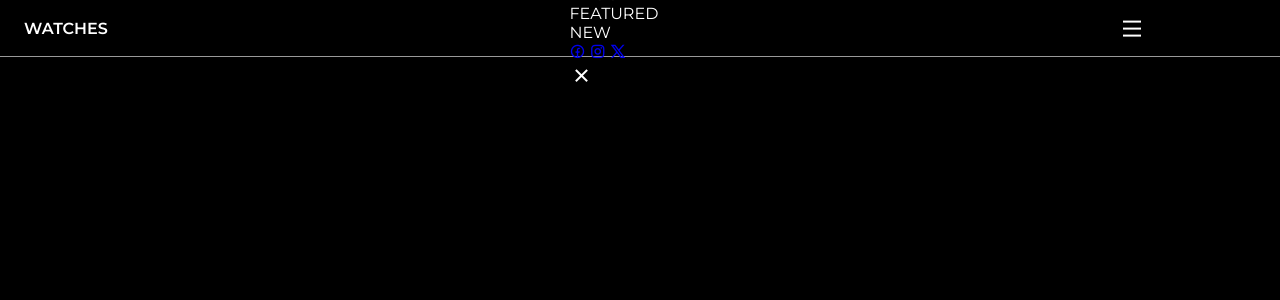
Repository: dinhhaidh/Responsive-wacthes-slider
Page: index.html
The author's editor kept a copy of each file at every save. The page is drawn from the files as they stood at one save, then again after the next save.
The browser window is 1280 px wide. The pictures show the whole page.

Above is the page before, as saved 2024-03-05 18:28:11.

### index.html
<!DOCTYPE html>
<html lang="en">
<head>
    <meta charset="UTF-8">
    <meta name="viewport" content="width=device-width, initial-scale=1.0">

    <!--=============== FAVICON ===============-->
    <link rel="shortcut icon" href="assets/img/favicon.png" type="image/x-icon">

    <!--=============== REMIXICONS ===============-->
    <link rel="stylesheet" href="https://cdnjs.cloudflare.com/ajax/libs/remixicon/3.5.0/remixicon.css">

    <!--=============== SWIPER CSS ===============-->
    <link rel="stylesheet" href="./css/swiper-bundle.min.css">

    <!--=============== CSS ===============-->
    <link rel="stylesheet" href="./css/style.css">

    <title>Responsive wacthes website</title>
</head>
<body>
    <!--==================== HEADER ====================-->
    <header class="header" id="header">
        <nav class="nav container">
            <a href="#" class="nav__logo">WATCHES</a>

            <div class="nav__menu" id="nav-menu">
                <ul class="nav__list">
                    <li class="nav__item">
                        <a href="#" class="nav__link">HOME</a>
                    </li>
                    <li class="nav__item">
                        <a href="#" class="nav__link"></a>ABOUT</a>
                    </li>
                    <li class="nav__item">
                        <a href="#" class="nav__link">FEATURED</a>
                    </li>
                    <li class="nav__item">
                        <a href="#" class="nav__link">NEW</a>
                    </li>
                </ul>
                <div class="nav__social">
                    <a href="https://www.facebook.com" target="_blank" class="nav__social-link">
                        <i class="ri-facebook-circle-line"></i>
                    </a>
                    <a href="https://www.instagram.com" target="_blank" class="nav__social-link">
                        <i class="ri-instagram-line"></i>
                    </a>
                    <a href="https://www.twitter.com" target="_blank" class="nav__social-link">
                        <i class="ri-twitter-x-line"></i>
                    </a>
                </div>

                <!-- close button -->
                <div class="nav__close" id="nav-close">
                    <i class="ri-close-line"></i>
                </div>
            </div>

            <!-- Toggle button -->
            <div class="nav__toggle" id="nav-toggle">
                <i class="ri-menu-line"></i>
            </div>
        </nav>
    </header>

    <!--==================== MAIN ====================-->
    <main class="main">
        <!--==================== HOME ====================-->
        <section class="home">

        </section>
    </main>

    <!--=============== GSAP ===============-->
    <script src="./js/gsap.min.js"></script>

    <!--=============== SWIPER JS ===============-->
    <script src="./js/scrollreveal.min.js"></script>

    <script src="https://code.jquery.com/jquery-3.7.1.slim.min.js"></script>

    <!--=============== MAIN JS ===============-->
    <script src="./js/main.js"></script>
</body>
</html>

### css/style.css
/*=============== GOOGLE FONTS ===============*/
@import url("https://fonts.googleapis.com/css2?family=Montserrat:wght@400;600;700&display=swap");

/*=============== VARIABLES CSS ===============*/
:root {
    --header-height: 3.5rem;

    /*========== Colors ==========*/
    /*Color mode HSL(hue, saturation, lightness)*/
    --title-color: hsl(0, 0%, 100%);
    --text-color: hsl(0, 0%, 60%);
    --body-color: hsl(0, 0%, 0%);

    /*========== Font and typography ==========*/
    /*.5rem = 8px | 1rem = 16px ...*/
    --body-font: "Montserrat", sans-serif;
    --h1-font-size: 1.5rem;
    --h3-font-size: 1rem;
    --normal-font-size: .938rem;
    --small-font-size: .813rem;

    /*========== Font weight ==========*/
    --font-regular: 400;
    --font-semi-bold: 600;
    --font-bold: 700;

    /*========== z index ==========*/
    --z-tooltip: 10;
    --z-fixed: 100;
    }

/*========== Responsive typography ==========*/
@media screen and (min-width: 1152px) {
    :root {
        --h1-font-size: 2.25rem;
        --h3-font-size: 1.25rem;
        --normal-font-size: 1rem;
        --small-font-size: .875rem;
    }
}

/*=============== BASE ===============*/
* {
    box-sizing: border-box;
    padding: 0;
    margin: 0;
}

body {
    font-family: var(--body-font);
    font-size: var(--normal-font-size);
    background-color: var(--body-color);
    color: var(--text-color);
}

ul {
    list-style: none;
}

a {
    text-decoration: none;
}

img {
    display: block;
    max-width: 100%;
    height: auto;
}

/*=============== REUSABLE CSS CLASSES ===============*/
.container {
    max-width: 1120px;
    margin-inline: 1.5rem;
}

.main {
    overflow: hidden;
}

/*=============== HEADER & NAV ===============*/
.header{
    position: fixed;
    top: 0;
    left: 0;
    width: 100%;
    background-color: var(--body-color);
    border-bottom: 1px solid var(--text-color);
    z-index: var(--z-fixed);
}
.nav{
    height: var(--header-height);
    /* position: relative; */
    display:flex;
    justify-content: space-between;
    align-items: center;
}
.nav__logo{
    color: var(--title-color);
    font-weight: var(--font-semi-bold);
}
.nav__toggle,
.nav__close{
    cursor: pointer;
    color: var(--title-color);
    font-size: 1.5rem;
}
.nav__link{
    color: var(--title-color);
}

/* Navigation for mobile devices */
@media screen and (max-width: 1023.98px) {
    .nav__menu{
        position: fixed;
        top: -100%;
        left: 0;
        width: 100%;
        height: 100%;
        background-color: black;
        padding: 6rem 5rem 1rem;
        transition: top .4s;
    }
    .nav__list{
        display: flex;
        flex-direction: column;
        row-gap: 3rem;
        margin-bottom: 2rem;
    }
    .nav__close{
        position: absolute;
        top: 1rem;
        right: 1.5rem;
    }
}


/* Show menu */
.show-menu{
    top: 0;
}

/*=============== HOME ===============*/


/* Swiper class */


/*=============== SCROLL BAR ===============*/


/*=============== BREAKPOINTS ===============*/
/* For small devices */


/* For medium devices */


/* For large devices */


/* For taller devices */

### js/main.js
$(document).ready(function(){
    $("#nav-toggle").click(function(){
        $("#nav-menu").addClass('show-menu');
    })
    $("#nav-close").click(function(){
        $("#nav-menu").removeClass('show-menu');
    })
})

Loaded but not shown: css/swiper-bundle.min.css (library); js/gsap.min.js (library); js/scrollreveal.min.js (library)

After the next save:
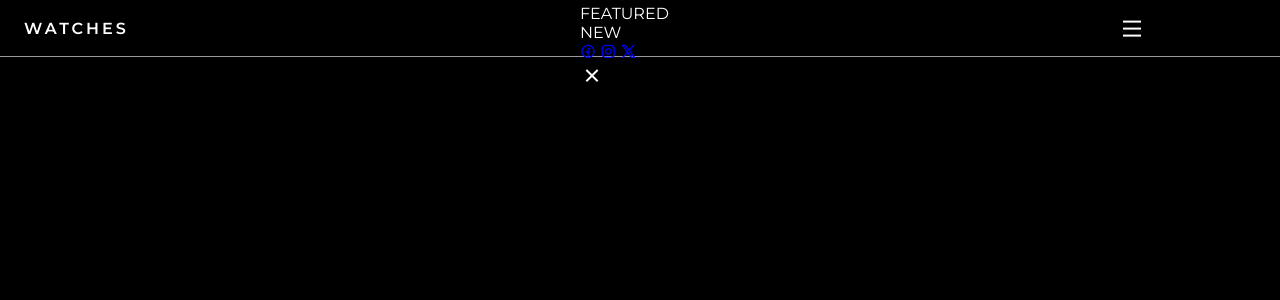
Saved 5 s later.
--- a/css/style.css
+++ b/css/style.css
@@ -97,6 +97,7 @@ img {
 .nav__logo{
     color: var(--title-color);
     font-weight: var(--font-semi-bold);
+    letter-spacing: 3px;
 }
 .nav__toggle,
 .nav__close{
